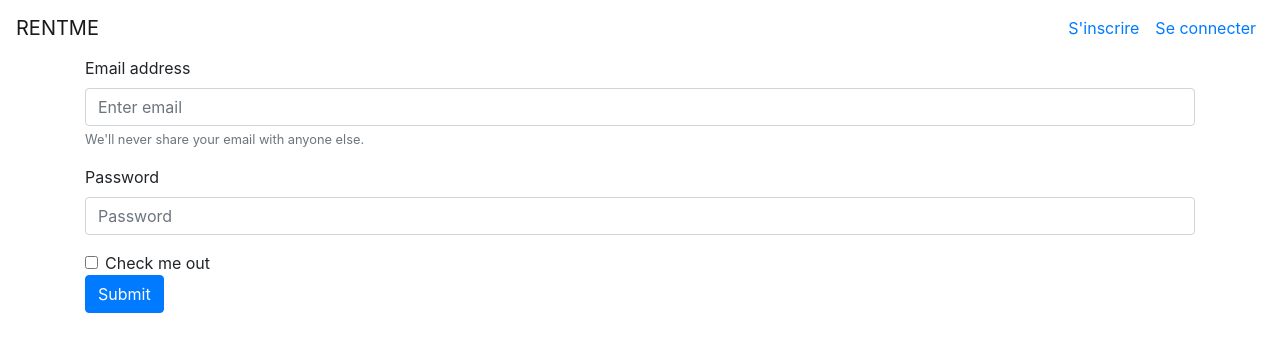
Repository: johan1412/rentme-front
Page: /register
An editor plug-in stored every save of this project. The page is shown before and after a run of saves, followed by the edit.
The browser window is 1280 px wide. The pictures show the whole page.
The project was rebuilt for these pictures with package versions that can differ from the ones it lists, and the page was loaded fresh each time. Also part of the build but not shown: vue.config.js, src/components/auth/Login.vue, src/components/Home.vue.

Above is the page before, as saved 2021-12-14 19:01:43.

After the next 2 saves:
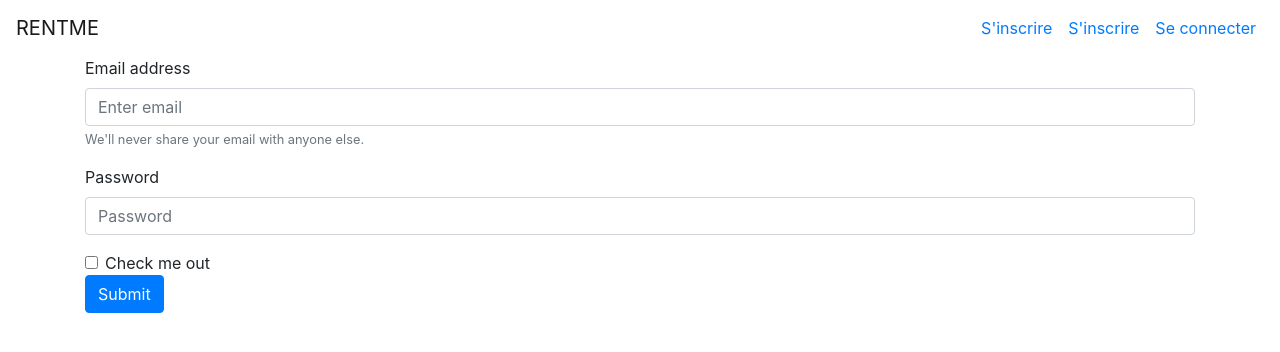
The 2 saves are shown as one change because they came seconds apart.
The last was saved 5 min 55 s later.
--- a/src/components/layouts/NavBar.vue
+++ b/src/components/layouts/NavBar.vue
@@ -4,6 +4,7 @@
     <b-navbar-brand href="#" class="m">RENTME</b-navbar-brand>
     <b-collapse id="nav-collapse" is-nav>
       <b-navbar-nav class="ml-auto">
+        <b-nav-item><router-link to="register">S'inscrire</router-link></b-nav-item>
         <b-nav-item><router-link to="register">S'inscrire</router-link></b-nav-item>
         <b-nav-item><router-link to="login">Se connecter</router-link></b-nav-item>
       </b-navbar-nav>
